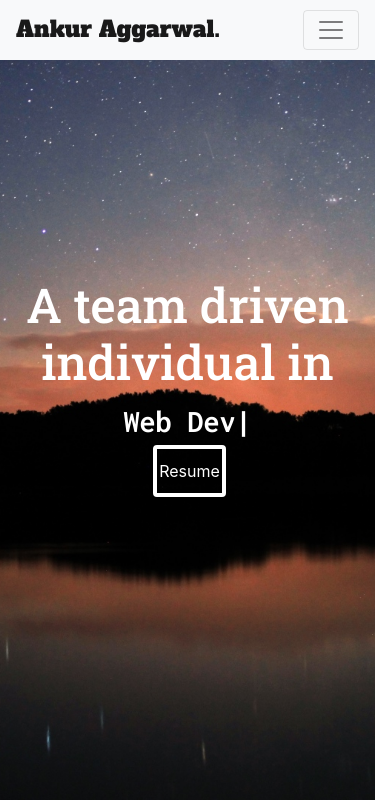
Repository: AnkurDevv/PersonalWebsite
Page: index.html
These files come from the project's save history. The page is drawn as it stood at one moment and after the next save; the edit follows.
The browser window is 375 px wide. The pictures show the whole page.

Above is the page before, as saved 2020-09-13 15:11:27.

### index.html
<!DOCTYPE html>
<html>

<head>
  <meta charset="utf-8">
  <meta http-equiv="X-UA-Compatible" content="IE=edge">
  <title>Ankur Aggarwal</title>
  <meta name="description" content="">
  <meta name="viewport" content="width=device-width, initial-scale=1">
  <!-- Importing Bootstrap here -->
  <link rel="stylesheet" href="https://stackpath.bootstrapcdn.com/bootstrap/4.4.1/css/bootstrap.min.css"
    integrity="sha384-Vkoo8x4CGsO3+Hhxv8T/Q5PaXtkKtu6ug5TOeNV6gBiFeWPGFN9MuhOf23Q9Ifjh" crossorigin="anonymous">
  <!--CUSTOM CSS FOR THE PAGE  -->
  <link rel="stylesheet" href="./style/index.css">
  <!-- FOR COOL ANIMATION EFFECTS -->
  <link rel="stylesheet" href="./style/animate.css">
  <!-- FOR COOL TYPING EFFECTS -->
  <script src="https://cdn.jsdelivr.net/npm/typed.js@2.0.11"></script>
  <!-- FOR GOOGLE FONTS - START -->
  <!-- for main heading -->
  <link
    href="https://fonts.googleapis.com/css2?family=Merienda:wght@700&family=Pacifico&family=Roboto&family=Roboto+Slab:wght@500&display=swap"
    rel="stylesheet">
  <!-- For Sub heading -->
  <link
    href="https://fonts.googleapis.com/css2?family=Inconsolata:wght@700&family=Merienda:wght@700&family=Pacifico&family=Roboto&family=Roboto+Slab:wght@500&display=swap"
    rel="stylesheet">
  <!-- For Navbar Logo -->
  <link href="https://fonts.googleapis.com/css2?family=Alfa+Slab+One&display=swap" rel="stylesheet">
  <!-- FOR GOOGLE FONTS - END -->
</head>

<body>
  <header>
    <nav class="navbar navbar-expand-lg navbar-light bg-light">
      <a class="navbar-brand" id="Brand-logo">Ankur Aggarwal.</a>
      <button class="navbar-toggler" type="button" data-toggle="collapse" data-target="#navbarNav"
        aria-controls="navbarNav" aria-expanded="false" aria-label="Toggle navigation">
        <span class="navbar-toggler-icon"></span>
      </button>
      <div class="collapse navbar-collapse" id="navbarNav">
        <ul class="navbar-nav">
          <li class="nav-item active">
            <a class="nav-link" href="#">Home</a>
          </li>
          <li class="nav-item active">
            <a class="nav-link" href="#">About</a>
          </li>
          <!-- <li class="nav-item active">
            <a class="nav-link" href="#">Why Me?</a>
          </li> -->
          <li class="nav-item active">
            <a class="nav-link" href="#">Skills</a>
          </li>
          <li class="nav-item active">
            <a class="nav-link" href="#">Projects</a>
          </li>
          <li class="nav-item active">
            <a class="nav-link" href="#">Contact</a>
          </li>
        </ul>
      </div>
    </nav>


    <!-- FIRST IMPRESSION SECTION - START -->
    <section class="first-impression-section">
      <div class="row first-impression-row">
        <h1 class="text-center animated fadeInDown" id="MainNameHeading">A team driven individual in
        </h1>
      </div>
      <div class="row">
        <h3 id="MainSubHeading">
          <span id="typed" style="white-space:pre;"></span>
          <!-- <span class="typed-cursor typed-cursor--blink">|</span> -->
        </h3>
      </div>
      <div class="row" id="ResumeDiv">
        <form action="https://drive.google.com/file/d/129eEq26ATzqey1-hpHnRXs40bzbBVkSX/view?usp=sharing"
          class="ml-auto mr-auto">
          <button type="submit" class="btn btn-primary" id="ResumeBtn">Resume</button>
        </form>
      </div>
    </section>
    <!-- FIRST IMPRESSION SECTION - END -->


  </header>

  <script>
    // JS FOR COOL TYPING EFFECT USING TYPE.JS -  START
    var options = {
      strings: ['Web Development.', 'Software Engineering.', 'Product Development.'],
      typeSpeed: 100,
      loop: true,
      backDelay: 800,
      backSpeed: 80,
      startDelay: 1000,
    };
    var typed = new Typed('#typed', options);
// JS FOR COOL TYPING EFFECT USING TYPE.JS -  END
  </script>

  <!-- NECESSARY JS FOR BOOTSTRAP - START -->
  <script src="https://code.jquery.com/jquery-3.4.1.slim.min.js"
    integrity="sha384-J6qa4849blE2+poT4WnyKhv5vZF5SrPo0iEjwBvKU7imGFAV0wwj1yYfoRSJoZ+n"
    crossorigin="anonymous"></script>
  <script src="https://cdn.jsdelivr.net/npm/popper.js@1.16.0/dist/umd/popper.min.js"
    integrity="sha384-Q6E9RHvbIyZFJoft+2mJbHaEWldlvI9IOYy5n3zV9zzTtmI3UksdQRVvoxMfooAo"
    crossorigin="anonymous"></script>
  <script src="https://stackpath.bootstrapcdn.com/bootstrap/4.4.1/js/bootstrap.min.js"
    integrity="sha384-wfSDF2E50Y2D1uUdj0O3uMBJnjuUD4Ih7YwaYd1iqfktj0Uod8GCExl3Og8ifwB6"
    crossorigin="anonymous"></script>
  <!-- NECESSARY JS FOR BOOTSTRAP - END -->

  <!-- ADDING JQUERY - START -->
  <script src="https://ajax.googleapis.com/ajax/libs/jquery/3.5.1/jquery.min.js"></script>
  <!-- ADDING JQUERY - END -->

  <!-- CUSTOM JS FOR THE PAGE - START  -->
  <script src="index.js"></script>
  <!-- CUSTOM JS FOR THE PAGE - END  -->
</body>

</html>

### style/index.css
body{
  margin-left: 0;
  margin-right: 0;
}

/* NAVBAR CSS - START */

#Brand-logo{
  font-family: 'Alfa Slab One', cursive;
  font-size: 270%;
}

.navbar-nav{
  margin-left: auto;
}

.nav-link{
  font-size: 155%;
  font-weight: 700;
  padding: 2vw!important;
}

@media only screen and (max-width: 992px) {
  .nav-link{
    text-align: center;
  }
}

@media only screen and (max-width: 600px) {

  #Brand-logo{
    font-size: 140%;
  }

  .navbar-nav{
    height: 100vh;
  }

  .nav-link{
    margin: 5vh auto;
  }

}

/* NAVBAR CSS - END */

/* FIRST IMPRESSION SECTION CSS - START */
header{
  height: 100vh; /* Takes 100% of the screen size */
  background-image:url(../images/sunset_skyline_lake_reflection_114025_1920x1080.jpg);
  -webkit-background-size: cover;
  background-position: center;
  overflow: hidden;
}

#MainNameHeading{
  margin: 0 auto;
  margin-top: 27vh;
  font-size: 395%;
  color: white;
  font-family: 'Roboto Slab', serif;
  padding-bottom: 3%;
}

#MainSubHeading{
  margin: 0 auto;
  color: white;
  text-align: -webkit-center;
  font-family: 'Inconsolata', monospace;
  font-size: xx-large;
}

#ResumeBtn{
  margin: 5% auto;
  padding: 10px 3%;
  background-color: transparent;
  border: 4px solid white;
}

@media only screen and (max-width: 600px) {
  #MainNameHeading{
    font-size: 300%;
  }
}
/* FIRST IMPRESSION SECTION CSS - ENDS */

### index.js
// CHANGING NAVBAR COLOR WHEN A USER HOVERS OVER A LINK
$(document).ready(function () {

  // makes nav transparent when user hovers on a link
  $(".nav-link").hover(function () {
    $('.navbar').addClass('bg-dark').removeClass('bg-light');
    $('#Brand-logo').css("color", "white");
    $('.nav-link').css("color", "white");
    $('.navbar-toggler').css("color", "white");
  });

  // makes nav non-transparent when user hovers on a link
  $(".navbar").mouseleave(function () {
    $('.navbar').addClass('bg-light').removeClass('bg-dark');
    $('#Brand-logo').css("color", "black");
    $('.nav-link').css("color", "black");
    $('.navbar-toggler').css("color", "black");
  });

});

Loaded but not shown: style/animate.css (library)

After the next save:
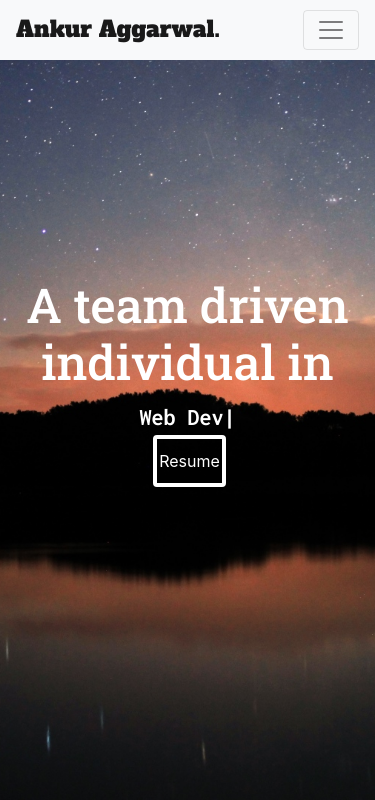
Saved 61 s later.
--- a/style/index.css
+++ b/style/index.css
@@ -81,5 +81,8 @@ header{
   #MainNameHeading{
     font-size: 300%;
   }
+  #MainSubHeading{
+    font-size: x-large;
+  }
 }
 /* FIRST IMPRESSION SECTION CSS - ENDS */
